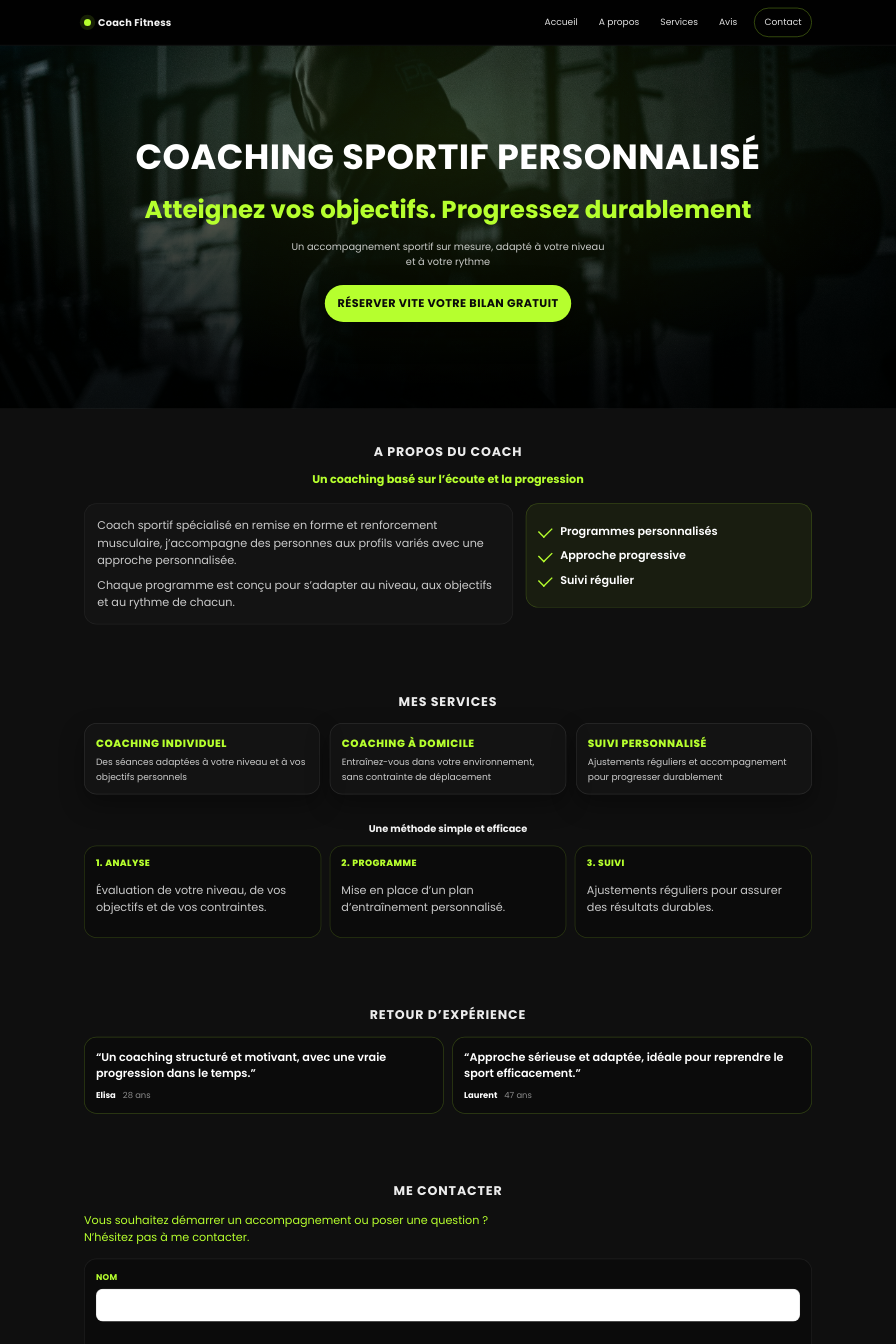
Repository: ThomasHdrd/CoachFitness
Page: index.html
The author's editor kept a copy of each file at every save. The page is drawn from the files as they stood at one save, then again after the next save.
The browser window is 1280 px wide. The pictures show the part of the page from y = 0 to 1920 px (the page is 2987 px tall), at 70% of full size.

Above is the page before, as saved 2026-01-20 21:53:36.

### index.html
<!doctype html>
<html lang="fr">
<head>
  <meta charset="utf-8" />
  <meta name="viewport" content="width=device-width, initial-scale=1" />
  <title>Coach Fitness — Landing Page</title>

  <!-- Poppins -->
  <link rel="preconnect" href="https://fonts.googleapis.com">
  <link rel="preconnect" href="https://fonts.gstatic.com" crossorigin>
  <link href="https://fonts.googleapis.com/css2?family=Poppins:wght@300;400;500;600;700;800&display=swap" rel="stylesheet">

  <link rel="stylesheet" href="styles.css" />
</head>
<body>
  <!-- Header -->
  <header class="site-header" id="top">
    <div class="container header-inner">
      <a class="brand" href="#top" aria-label="Retour en haut">
        <span class="brand-dot" aria-hidden="true"></span>
        <span class="brand-text">Coach Fitness</span>
      </a>

      <button class="nav-toggle" aria-controls="site-nav" aria-expanded="false">
        <span class="sr-only">Ouvrir le menu</span>
        <span class="burger" aria-hidden="true"></span>
      </button>

      <nav class="site-nav" id="site-nav" aria-label="Navigation principale">
        <a class="nav-link" href="#accueil">Accueil</a>
        <a class="nav-link" href="#apropos">A propos</a>
        <a class="nav-link" href="#services">Services</a>
        <a class="nav-link" href="#avis">Avis</a>
        <a class="nav-link nav-cta" href="#contact">Contact</a>
      </nav>
    </div>
  </header>

  <main>
    <!-- HERO -->
    <section class="hero" id="accueil">
      <div class="hero-overlay" aria-hidden="true"></div>
      <div class="container hero-content">
        <p class="hero-kicker">Coaching sportif personnalisé</p>
        <h1 class="hero-title accent">Atteignez vos objectifs. Progressez durablement</h1>
        <p class="hero-subtitle">
          Un accompagnement sportif sur mesure, adapté à votre niveau et à votre rythme
        </p>
        <a class="btn btn-primary" href="#contact">RÉSERVER VITE VOTRE BILAN GRATUIT</a>
      </div>
    </section>

    <!-- A PROPOS -->
    <section class="section" id="apropos">
      <div class="container">
        <h2 class="section-title">A PROPOS DU COACH</h2>
        <h3 class="section-lead accent">Un coaching basé sur l’écoute et la progression</h3>

        <div class="about-grid">
          <div class="about-text">
            <p class="muted">
              Coach sportif spécialisé en remise en forme et renforcement musculaire, j’accompagne des personnes aux profils variés
              avec une approche personnalisée.
            </p>
            <p class="muted">
              Chaque programme est conçu pour s’adapter au niveau, aux objectifs et au rythme de chacun.
            </p>
          </div>

          <ul class="checks">
            <li>Programmes personnalisés</li>
            <li>Approche progressive</li>
            <li>Suivi régulier</li>
          </ul>
        </div>
      </div>
    </section>

    <!-- SERVICES -->
    <section class="section" id="services">
      <div class="container">
        <h2 class="section-title">MES SERVICES</h2>

        <div class="cards">
          <article class="card">
            <h3 class="card-title accent">COACHING INDIVIDUEL</h3>
            <p class="card-text">Des séances adaptées à votre niveau et à vos objectifs personnels</p>
          </article>

          <article class="card">
            <h3 class="card-title accent">COACHING À DOMICILE</h3>
            <p class="card-text">Entraînez-vous dans votre environnement, sans contrainte de déplacement</p>
          </article>

          <article class="card">
            <h3 class="card-title accent">SUIVI PERSONNALISÉ</h3>
            <p class="card-text">Ajustements réguliers et accompagnement pour progresser durablement</p>
          </article>
        </div>

        <div class="method">
          <h3 class="method-title">Une méthode simple et efficace</h3>

          <div class="method-steps">
            <div class="step">
              <div class="step-num accent">1. ANALYSE</div>
              <p class="muted">Évaluation de votre niveau, de vos objectifs et de vos contraintes.</p>
            </div>
            <div class="step">
              <div class="step-num accent">2. PROGRAMME</div>
              <p class="muted">Mise en place d’un plan d’entraînement personnalisé.</p>
            </div>
            <div class="step">
              <div class="step-num accent">3. SUIVI</div>
              <p class="muted">Ajustements réguliers pour assurer des résultats durables.</p>
            </div>
          </div>
        </div>
      </div>
    </section>

    <!-- AVIS -->
    <section class="section" id="avis">
      <div class="container">
        <h2 class="section-title">RETOUR D’EXPÉRIENCE</h2>

        <div class="testimonials">
          <figure class="testimonial">
            <blockquote>
              “Un coaching structuré et motivant, avec une vraie progression dans le temps.”
            </blockquote>
            <figcaption>
              <span class="name">Elisa</span>
              <span class="meta">28 ans</span>
            </figcaption>
          </figure>

          <figure class="testimonial">
            <blockquote>
              “Approche sérieuse et adaptée, idéale pour reprendre le sport efficacement.”
            </blockquote>
            <figcaption>
              <span class="name">Laurent</span>
              <span class="meta">47 ans</span>
            </figcaption>
          </figure>
        </div>
      </div>
    </section>

    <!-- CONTACT -->
    <section class="section" id="contact">
      <div class="container">
        <h2 class="section-title">ME CONTACTER</h2>
        <p class="contact-lead accent">
          Vous souhaitez démarrer un accompagnement ou poser une question ?<br />
          N’hésitez pas à me contacter.
        </p>

        <form class="form" id="contactForm" novalidate>
          <div class="field">
            <label for="nom">Nom</label>
            <input id="nom" name="nom" type="text" autocomplete="family-name" required />
            <small class="error" data-error-for="nom"></small>
          </div>

          <div class="field">
            <label for="prenom">Prénom</label>
            <input id="prenom" name="prenom" type="text" autocomplete="given-name" required />
            <small class="error" data-error-for="prenom"></small>
          </div>

          <div class="field">
            <label for="email">Email</label>
            <input id="email" name="email" type="email" autocomplete="email" required />
            <small class="error" data-error-for="email"></small>
          </div>

          <div class="field">
            <label for="message">Message</label>
            <textarea id="message" name="message" rows="5" required></textarea>
            <small class="error" data-error-for="message"></small>
          </div>

          <button class="btn btn-primary btn-wide" type="submit">ENVOYER</button>
          <p class="form-note muted" id="formStatus" role="status" aria-live="polite"></p>
        </form>
      </div>
    </section>

    <!-- FAQ -->
    <section class="section" id="faq">
      <div class="container">
        <h2 class="section-title">QUESTIONS FRÉQUENTES</h2>

        <div class="faq">
          <details class="faq-item" open>
            <summary>À qui s’adresse le coaching ?</summary>
            <div class="faq-body muted">
              Le coaching s’adresse à toute personne souhaitant reprendre le sport, améliorer sa condition physique ou atteindre un objectif précis
              (remise en forme, renforcement musculaire, perte de poids, bien-être). Les programmes sont adaptés au niveau, au rythme et aux contraintes de chacun.
            </div>
          </details>

          <details class="faq-item">
            <summary>Faut-il déjà être sportif pour commencer ?</summary>
            <div class="faq-body muted">
              Non. Le coaching s’adapte à votre niveau actuel. La progression est construite étape par étape, avec une intensité ajustée.
            </div>
          </details>

          <details class="faq-item">
            <summary>Comment se déroule le suivi ?</summary>
            <div class="faq-body muted">
              Après une analyse de votre situation, un programme personnalisé est mis en place puis ajusté régulièrement selon vos retours et votre progression.
            </div>
          </details>

          <details class="faq-item">
            <summary>Le coaching se fait-il à domicile ou en salle ?</summary>
            <div class="faq-body muted">
              Les deux sont possibles. Le format dépend de vos préférences, de votre matériel et de vos contraintes de planning.
            </div>
          </details>

          <details class="faq-item">
            <summary>Le premier échange est-il gratuit ?</summary>
            <div class="faq-body muted">
              Oui. Le premier échange permet de comprendre votre besoin et de déterminer l’accompagnement le plus adapté, sans engagement.
            </div>
          </details>
        </div>
      </div>
    </section>
  </main>

  <!-- Footer -->
  <footer class="site-footer">
    <div class="container footer-inner">
      <p class="footer-tag muted">Coaching personnalisé • Progression durable • Bien-être</p>
      <p class="footer-copy muted">© 2026 Coach Sportif Indépendant • Tous droits réservés.</p>
    </div>
  </footer>

  <script src="app.js" defer></script>
</body>
</html>

### styles.css
:root{
  --bg: #0F0F0F;            /* demandé */
  --bar: rgba(0,0,0,.90);   /* header/footer */
  --accent: #B6FF2E;        /* demandé */
  --text: #FFFFFF;
  --muted: rgba(255,255,255,.78);
  --muted2: rgba(255,255,255,.62);
  --line: rgba(182,255,46,.38);
  --card: rgba(255,255,255,.04);
  --shadow: 0 16px 40px rgba(0,0,0,.45);
  --radius: 14px;
  --radius-lg: 18px;
  --max: 1040px;
}

*{ box-sizing: border-box; }
html{ scroll-behavior: smooth; }
body{
  margin:0;
  font-family: "Poppins", system-ui, -apple-system, Segoe UI, Roboto, Arial, sans-serif;
  background: var(--bg);
  color: var(--text);
}

.container{
  width:min(100% - 40px, var(--max));
  margin-inline:auto;
}

.sr-only{
  position:absolute;
  width:1px;height:1px;
  padding:0;margin:-1px;
  overflow:hidden;clip:rect(0,0,0,0);
  white-space:nowrap;border:0;
}

/* Header */
.site-header{
  position: sticky;
  top: 0;
  z-index: 50;
  background: var(--bar);
  backdrop-filter: blur(8px);
  border-bottom: 1px solid rgba(255,255,255,.06);
}

.header-inner{
  height: 64px;
  display:flex;
  align-items:center;
  justify-content:space-between;
  gap: 14px;
}

.brand{
  display:flex;
  align-items:center;
  gap:10px;
  text-decoration:none;
  color: var(--text);
  font-weight: 700;
  letter-spacing:.3px;
}
.brand-dot{
  width:10px;height:10px;
  border-radius:999px;
  background: var(--accent);
  box-shadow: 0 0 0 6px rgba(182,255,46,.12);
}
.brand-text{ font-size: 14px; opacity:.95; }

.site-nav{
  display:flex;
  align-items:center;
  gap: 18px;
}
.nav-link{
  color: var(--text);
  text-decoration:none;
  font-size: 13px;
  opacity: .88;
  transition: opacity .2s ease, color .2s ease;
  padding: 10px 6px;
}
.nav-link:hover{ opacity:1; color: var(--accent); }

.nav-cta{
  border: 1px solid rgba(182,255,46,.45);
  border-radius: 999px;
  padding: 10px 14px;
}
.nav-cta:hover{
  background: rgba(182,255,46,.10);
}

/* Mobile nav */
.nav-toggle{
  display:none;
  border:0;
  background: transparent;
  color: var(--text);
  padding: 10px;
  border-radius: 10px;
}
.nav-toggle:hover{ background: rgba(255,255,255,.06); }
.burger{
  width: 22px; height: 2px;
  display:block;
  background: var(--text);
  position: relative;
}
.burger::before,.burger::after{
  content:"";
  position:absolute;
  left:0;
  width:22px;height:2px;
  background: var(--text);
}
.burger::before{ top:-7px; }
.burger::after{ top:7px; }

/* Hero */
.hero{
  position: relative;
  min-height: 72vh;
  display:flex;
  align-items:center;
  padding: 52px 0;
  background:
    linear-gradient(180deg, rgba(0,0,0,.55), rgba(0,0,0,.88)),
    url("assets/hero.jpg") center/cover no-repeat;
}
.hero-overlay{
  position:absolute;
  inset:0;
  background: radial-gradient(1200px 600px at 50% 25%, rgba(182,255,46,.10), transparent 60%);
  pointer-events:none;
}
.hero-content{
  position:relative;
  text-align:center;
}
.hero-kicker{
  margin:0 0 10px;
  font-size: 50px;
  letter-spacing: .6px;
  text-transform: uppercase;
  font-weight: bold;
}
.hero-title{
  margin: 0 auto;
  font-size: 35px;
}
.hero-title .accent{
  display:block;
  color: var(--accent);
  font-weight: 800;
  text-transform:none;
  margin-top: 8px;
}
.hero-subtitle{
  margin: 16px auto 22px;
  max-width: 52ch;
  color: var(--muted);
  font-size: 14px;
  line-height: 1.55;
}

/* Buttons */
.btn{
  display:inline-flex;
  align-items:center;
  justify-content:center;
  gap:10px;
  text-decoration:none;
  border: 0;
  cursor:pointer;
  font-weight: 700;
  letter-spacing: .6px;
  text-transform: uppercase;
  border-radius: 999px;
  padding: 14px 18px;
  box-shadow: var(--shadow);
}
.btn-primary{
  background: var(--accent);
  color: #0A0A0A;
}
.btn-primary:hover{ filter: brightness(.95); }
.btn-wide{ width: 100%; margin-top: 10px; }

/* Sections */
.section{
  padding: 48px 0;
}
.section-title{
  text-align:center;
  margin: 0 0 14px;
  font-size: 18px;
  letter-spacing: 1.2px;
  text-transform: uppercase;
  opacity: .92;
}
.section-lead{
  text-align:center;
  margin: 0 0 22px;
  font-size: 16px;
  font-weight: 700;
}
.accent{ color: var(--accent); }
.muted{ color: var(--muted); }
.muted2{ color: var(--muted2); }

/* About */
.about-grid{
  display:grid;
  gap: 18px;
  align-items:start;
}
.about-text{
  background: rgba(255,255,255,.02);
  border: 1px solid rgba(255,255,255,.06);
  border-radius: var(--radius-lg);
  padding: 18px;
}
.about-text p{ margin: 0 0 10px; }
.about-text p:last-child{ margin-bottom: 0; }

.checks{
  list-style:none;
  margin:0;
  padding: 16px 18px;
  border-radius: var(--radius-lg);
  border: 1px solid rgba(182,255,46,.20);
  background: rgba(182,255,46,.06);
}
.checks li{
  position: relative;
  padding-left: 30px;
  margin: 10px 0;
  font-weight: 600;
}
.checks li::before{
  content:"";
  position:absolute;
  left:0; top: 6px;
  width: 16px; height: 10px;
  border-left: 2px solid var(--accent);
  border-bottom: 2px solid var(--accent);
  transform: rotate(-45deg);
}

/* Cards */
.cards{
  display:grid;
  gap: 14px;
  margin-top: 18px;
}
.card{
  background: rgba(255,255,255,.02);
  border: 1px solid rgba(255,255,255,.10);
  border-radius: var(--radius-lg);
  padding: 16px 16px 14px;
  box-shadow: 0 14px 34px rgba(0,0,0,.35);
}
.card-title{
  margin:0 0 6px;
  font-size: 15px;
  font-weight: 800;
  text-transform: uppercase;
  letter-spacing: .8px;
}
.card-text{
  margin:0;
  color: var(--muted);
  font-size: 13px;
  line-height: 1.55;
}

/* Method */
.method{
  margin-top: 26px;
  padding-top: 12px;
}
.method-title{
  text-align:center;
  margin: 0 0 14px;
  font-size: 14px;
  font-weight: 700;
  opacity: .95;
}
.method-steps{
  display:grid;
  gap: 12px;
}
.step{
  border: 1px solid rgba(182,255,46,.18);
  background: rgba(0,0,0,.25);
  border-radius: var(--radius-lg);
  padding: 14px 16px;
}
.step-num{
  font-weight: 800;
  letter-spacing: .6px;
  text-transform: uppercase;
  font-size: 13px;
  margin-bottom: 6px;
}

/* Testimonials */
.testimonials{
  display:grid;
  gap: 12px;
  margin-top: 18px;
}
.testimonial{
  margin:0;
  border: 1px solid rgba(182,255,46,.22);
  background: rgba(0,0,0,.25);
  border-radius: var(--radius-lg);
  padding: 16px;
}
.testimonial blockquote{
  margin:0 0 10px;
  color: var(--text);
  font-weight: 600;
  line-height: 1.5;
}
.testimonial figcaption{
  display:flex;
  gap: 10px;
  align-items:baseline;
  color: var(--muted2);
  font-size: 12px;
}
.testimonial .name{ color: var(--text); font-weight: 700; }
.testimonial .meta{ opacity:.85; }

/* Form */
.form{
  margin-top: 18px;
  border-radius: var(--radius-lg);
  border: 1px solid rgba(255,255,255,.08);
  background: rgba(0,0,0,.25);
  padding: 16px;
}
.field{ margin-bottom: 12px; }
label{
  display:block;
  font-size: 12px;
  font-weight: 700;
  letter-spacing: .4px;
  margin-bottom: 8px;
  color: var(--accent);
  text-transform: uppercase;
}
input, textarea{
  width:100%;
  font-family: inherit;
  font-size: 14px;
  color: #0A0A0A;
  background: #FFFFFF;
  border: 1px solid rgba(0,0,0,.12);
  border-radius: 10px;
  padding: 12px 12px;
  outline: none;
}
textarea{ resize: vertical; min-height: 110px; }
input:focus, textarea:focus{
  box-shadow: 0 0 0 4px rgba(182,255,46,.20);
  border-color: rgba(182,255,46,.55);
}
.error{
  display:block;
  min-height: 16px;
  margin-top: 6px;
  font-size: 12px;
  color: #FF6B6B;
}
.form-note{
  margin: 10px 0 0;
  font-size: 12px;
}

/* FAQ */
.faq{
  margin-top: 18px;
  border-radius: var(--radius-lg);
  overflow:hidden;
  border: 1px solid rgba(182,255,46,.16);
  background: rgba(0,0,0,.25);
}
.faq-item{
  border-top: 1px solid rgba(182,255,46,.12);
}
.faq-item:first-child{ border-top: 0; }
.faq-item summary{
  list-style:none;
  cursor:pointer;
  padding: 14px 16px;
  font-weight: 700;
  font-size: 13px;
  position: relative;
}
.faq-item summary::-webkit-details-marker{ display:none; }
.faq-item summary::after{
  content:"+";
  position:absolute;
  right: 16px;
  top: 10px;
  width: 28px; height: 28px;
  display:grid;
  place-items:center;
  border-radius: 999px;
  color: var(--accent);
  border: 1px solid rgba(182,255,46,.28);
  background: rgba(182,255,46,.08);
}
.faq-item[open] summary::after{ content:"–"; }
.faq-body{
  padding: 0 16px 16px;
  font-size: 13px;
  line-height: 1.6;
}

/* Footer */
.site-footer{
  background: var(--bar);
  border-top: 1px solid rgba(255,255,255,.06);
  padding: 18px 0;
}
.footer-inner{
  text-align:center;
  display:grid;
  gap: 8px;
}
.footer-tag, .footer-copy{
  margin:0;
  font-size: 12px;
}

/* Responsive */
@media (min-width: 820px){
  .hero-content{ text-align:center; }
  .about-grid{
    grid-template-columns: 1.2fr .8fr;
    gap: 18px;
  }
  .cards{
    grid-template-columns: repeat(3, 1fr);
  }
  .method-steps{
    grid-template-columns: repeat(3, 1fr);
  }
  .testimonials{
    grid-template-columns: repeat(2, 1fr);
  }
}

/* Mobile nav behavior */
@media (max-width: 760px){
  .nav-toggle{ display:inline-flex; }
  .site-nav{
    position: fixed;
    inset: 64px 12px auto 12px;
    background: rgba(0,0,0,.95);
    border: 1px solid rgba(255,255,255,.08);
    border-radius: 16px;
    padding: 12px;
    display:none;
    flex-direction: column;
    gap: 6px;
    box-shadow: 0 18px 50px rgba(0,0,0,.6);
  }
  .site-nav.is-open{ display:flex; }
  .nav-link{ width:100%; text-align:center; padding: 12px; }
  .nav-cta{ width:100%; }
}

### app.js
// Mobile menu toggle
const toggle = document.querySelector('.nav-toggle');
const nav = document.querySelector('#site-nav');

if (toggle && nav) {
  toggle.addEventListener('click', () => {
    const isOpen = nav.classList.toggle('is-open');
    toggle.setAttribute('aria-expanded', String(isOpen));
  });

  // Close menu on link click (mobile)
  nav.querySelectorAll('a').forEach(a => {
    a.addEventListener('click', () => {
      nav.classList.remove('is-open');
      toggle.setAttribute('aria-expanded', 'false');
    });
  });

  // Close on ESC
  document.addEventListener('keydown', (e) => {
    if (e.key === 'Escape') {
      nav.classList.remove('is-open');
      toggle.setAttribute('aria-expanded', 'false');
    }
  });
}

// FAQ: allow only one open at a time (optional premium behavior)
const faqItems = document.querySelectorAll('.faq-item');
faqItems.forEach((item) => {
  item.addEventListener('toggle', () => {
    if (item.open) {
      faqItems.forEach((other) => {
        if (other !== item) other.open = false;
      });
    }
  });
});

// Contact form validation (front only, demo)
const form = document.getElementById('contactForm');
const statusEl = document.getElementById('formStatus');

function setError(name, message) {
  const el = document.querySelector(`[data-error-for="${name}"]`);
  if (el) el.textContent = message || '';
}

function isEmail(v) {
  return /^[^\s@]+@[^\s@]+\.[^\s@]+$/.test(v);
}

if (form) {
  form.addEventListener('submit', (e) => {
    e.preventDefault();

    const data = new FormData(form);
    const nom = String(data.get('nom') || '').trim();
    const prenom = String(data.get('prenom') || '').trim();
    const email = String(data.get('email') || '').trim();
    const message = String(data.get('message') || '').trim();

    let ok = true;

    setError('nom', '');
    setError('prenom', '');
    setError('email', '');
    setError('message', '');
    if (statusEl) statusEl.textContent = '';

    if (!nom) { setError('nom', 'Veuillez renseigner votre nom.'); ok = false; }
    if (!prenom) { setError('prenom', 'Veuillez renseigner votre prénom.'); ok = false; }
    if (!email || !isEmail(email)) { setError('email', 'Veuillez renseigner un email valide.'); ok = false; }
    if (!message || message.length < 10) { setError('message', 'Veuillez écrire un message (min. 10 caractères).'); ok = false; }

    if (!ok) return;

    // Demo success
    form.reset();
    if (statusEl) statusEl.textContent = "Message envoyé (démo). Je reviens vers vous au plus vite.";
  });
}

After the next save:
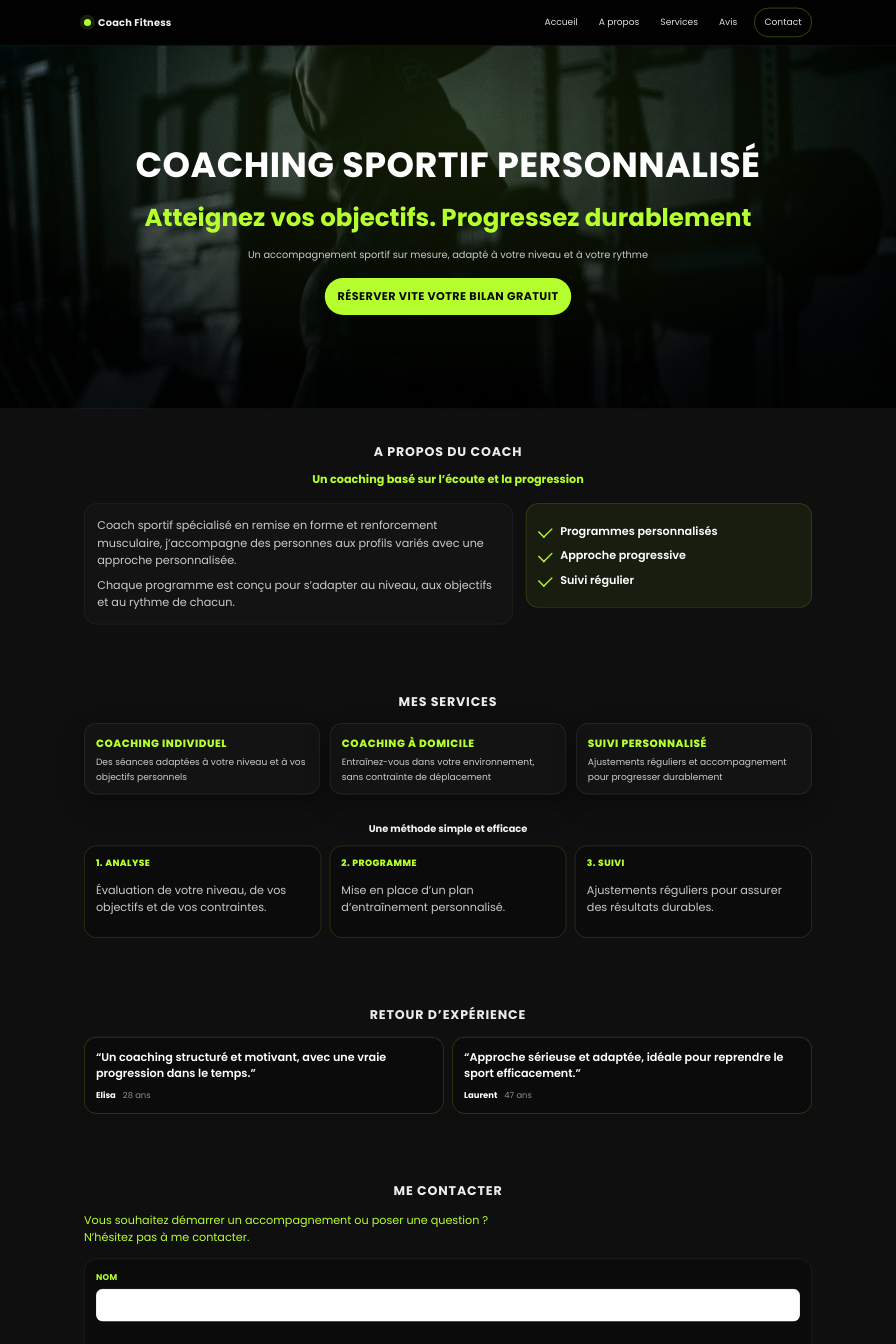
Saved 24 s later.
--- a/styles.css
+++ b/styles.css
@@ -161,7 +161,6 @@ body{
 }
 .hero-subtitle{
   margin: 16px auto 22px;
-  max-width: 52ch;
   color: var(--muted);
   font-size: 14px;
   line-height: 1.55;
